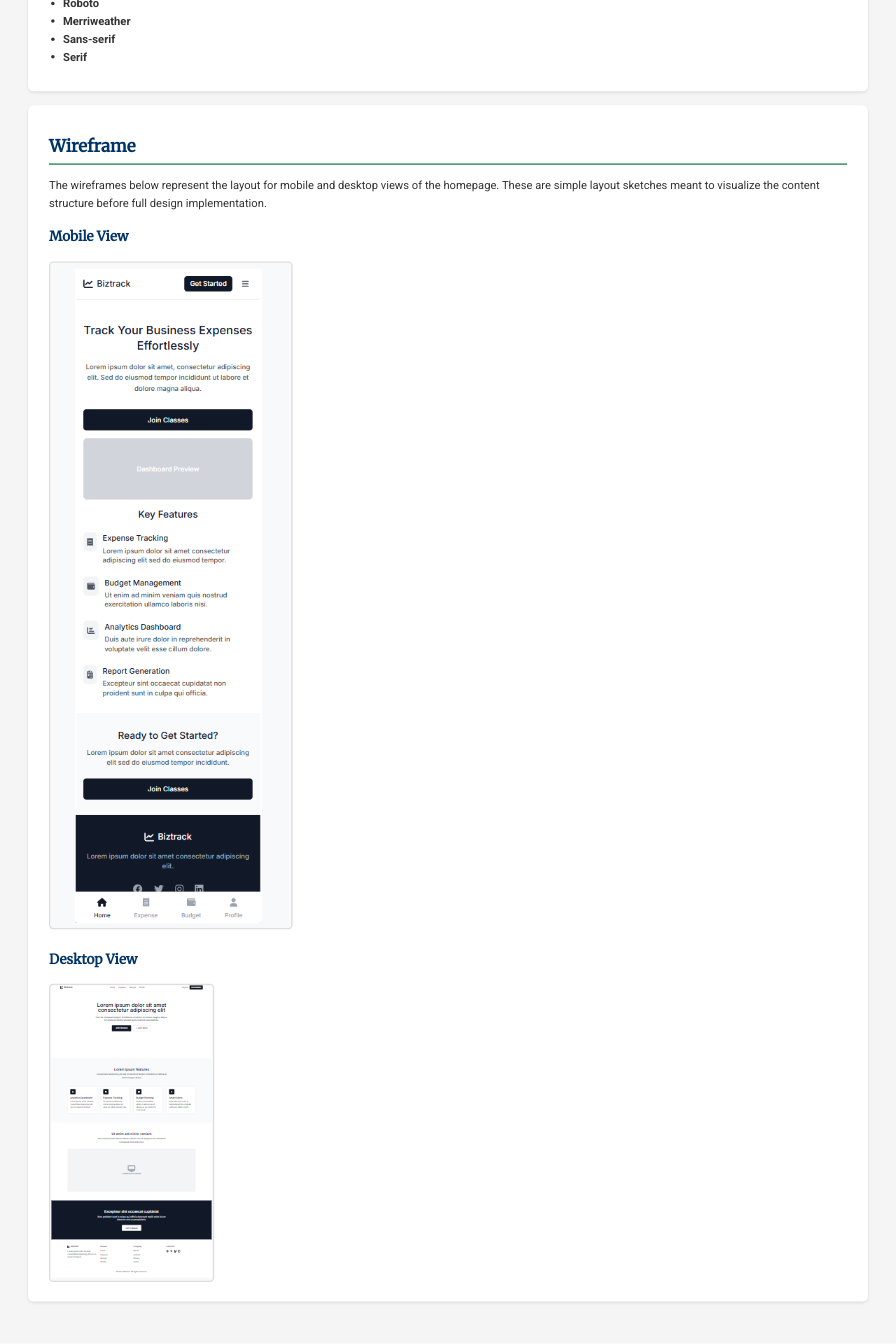
Repository: JoyUdoh106/wdd131
Page: project/siteplan.html
The author's editor kept a copy of each file at every save. The page is drawn from the files as they stood at one save, then again after the next save.
The browser window is 1280 px wide. The pictures show the part of the page from y = 1278 to 3198 px (the page is 3198 px tall before and 2710 px after), at 70% of full size.

Above is the page before, as saved 2025-08-09 19:12:28.

### project/siteplan.html
<!DOCTYPE html>
<html lang="en">
    <head>
        <meta charset="UTF-8" />
        <meta name="viewport" content="width=device-width, initial-scale=1.0" />
        <title>Website Planning Document</title>
        <meta name="author" content="Joy Paulinus Udoh">
        <meta name="description" content="Website Planning Document Page">
        <link rel="stylesheet" href="styles/styles.css" />

        <link rel="preconnect" href="https://fonts.googleapis.com">
        <link rel="preconnect" href="https://fonts.gstatic.com" crossorigin>
        <link href="https://fonts.googleapis.com/css2?family=Merriweather:wght@300;400&family=Roboto:ital,wght@0,100..900;1,100..900&display=swap" rel="stylesheet">
    </head>
    <body>
        <h1>Website Planning Document</h1>

        <div class="section">
            <h2>BizTrack IW</h2>
            <p><strong>Simple Business Finance</strong></p>
        </div>

        <div class="section">
            <h2>Site Purpose</h2>
            <p>The purpose of this website is to provide clear, practical, and easy-to-understand information about tracking expenses and budgeting. It aims to educate visitors on how to manage their personal finances more effectively, develop better spending habits, and make informed financial decisions.</p>
        </div>

        <div class="section">
            <h2>Scenarios</h2>
            <ul>
            <li>A student visits the website to learn how to set up a monthly budget for their limited income and avoid overspending.</li>
            <li>A young professional wants tips on tracking expenses to prepare for a long-term savings goal, such as buying a car or house.</li>
            <li>A parent looks for advice on managing household expenses and finding ways to cut unnecessary costs.</li>
            <li>Someone with irregular income uses the budgeting tips page to learn how to balance their finances despite unpredictable earnings.</li>
            </ul>
        </div>

        <div class="section">
            <h2>Color Schema</h2>
            <p><span class="color-box" style="background-color:#003366;"></span> Primary Color: #003366 </p>
            <p><span class="color-box" style="background-color:#2E8B57;"></span> Secondary Color: #2E8B57 </p>
            <p><span class="color-box" style="background-color: #FFD700;"></span> Accent Color: #FFD700</p>
            <p><span class="color-box" style="background-color: #F5F5F5;"></span> Background Color Color: #F5F5F5</p>
            <p><span class="color-box" style="background-color: #333333;"></span> Text Color: #333333</p>
        </div>

        <div class="section">
            <h2>Typography</h2>
            <ul>
            <li><strong>Roboto</strong></li>
            <li><strong>Merriweather</strong></li>
            <li><strong>Sans-serif</strong></li>
            <li><strong>Serif</strong></li>
            </ul>
        </div>

        <div class="section">
            <h2>Wireframe</h2>
            <p>The wireframes below represent the layout for mobile and desktop views of the homepage. These are simple layout sketches meant to visualize the content structure before full design implementation.</p>
            <div class="wireframe-container">
                <div class="wireframe-item">
                    <h3>Mobile View</h3>
                    <img src="images/mobie-view.png" alt="Mobile wireframe of homepage" class="wireframe-img" />
                </div>

                <div class="wireframe-item">
                    <h3>Desktop View</h3>
                    <img src="images/desktop_view.png" alt="Desktop wireframe of homepage" class="wireframe-img" />
                </div>
            </div>
        </div>
    </body>
</html>

### project/styles/styles.css
body {
    font-family: 'Roboto', sans-serif;
    background-color: #F5F5F5;
    color: #333333;
    margin: 0;
    padding: 20px;
    line-height: 1.6;
}

h1, h2, h3 {
    font-family: 'Merriweather', serif;
    color: #003366;
    margin-bottom: 10px;
}

h1 {
    text-align: center;
    font-size: 2.5rem;
    margin-bottom: 20px;
}

h2 {
    border-bottom: 2px solid #2E8B57;
    padding-bottom: 5px;
    font-size: 1.5rem;
}

h3 {
    font-size: 1.2rem;
    margin-top: 20px;
}

.section {
    background-color: #ffffff;
    padding: 15px 20px;
    margin-bottom: 20px;
    border-radius: 8px;
    box-shadow: 0 2px 5px rgba(0,0,0,0.1);
}

.color-box {
    display: inline-block;
    width: 20px;
    height: 20px;
    vertical-align: middle;
    margin-right: 8px;
    border-radius: 4px;
    border: 1px solid #ccc;
}

.section ul {
    padding-left: 20px;
}

.wireframe-img {
    max-width: 100%;
    height: auto;
    border: 2px solid #ddd;
    border-radius: 6px;
    margin-top: 10px;
}

.wireframe {
    display: flex;
    justify-content: space-between;
}

@media (min-width: 768px) {
    body {
        padding: 40px;
    }

    .section {
        padding: 20px 30px;
    }

    h1 {
        font-size: 3rem;
    }
}

After the next save:
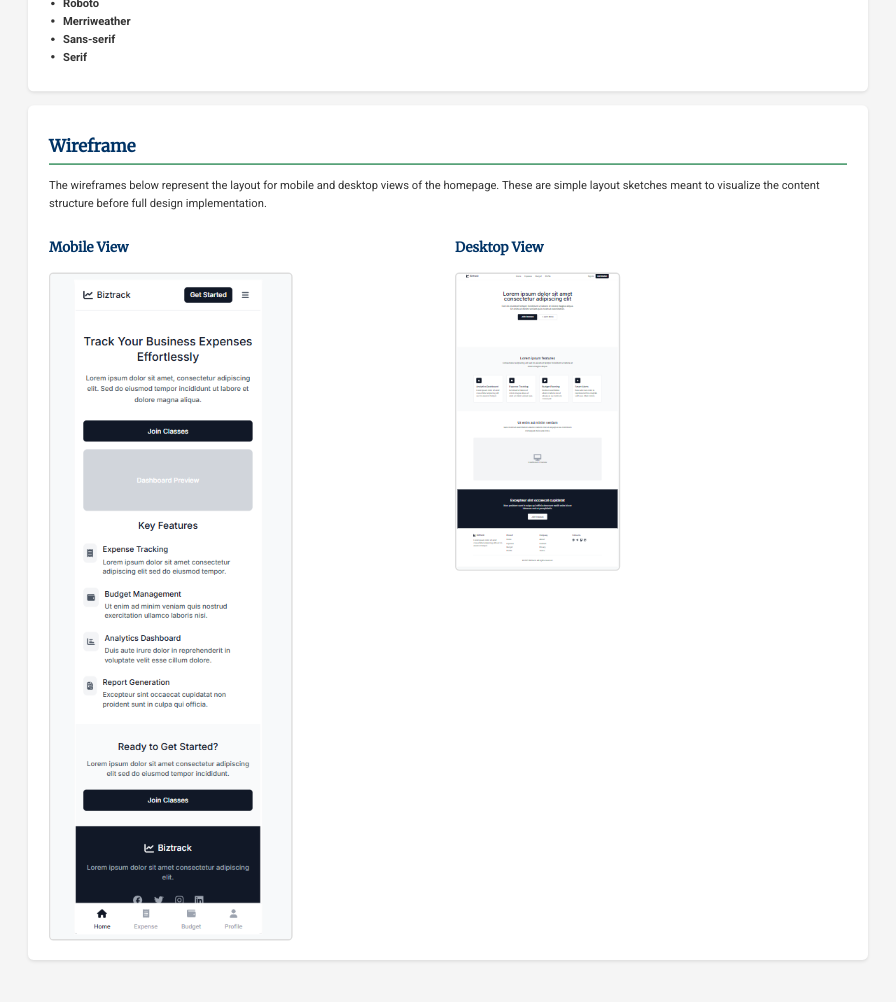
Saved 35 s later.
--- a/project/styles/styles.css
+++ b/project/styles/styles.css
@@ -60,10 +60,35 @@ h3 {
     margin-top: 10px;
 }
 
-.wireframe {
+/* Wireframe container */
+.wireframe-container {
     display: flex;
-    justify-content: space-between;
+    flex-direction: column;
+    gap: 20px;
 }
+
+/* Each wireframe block */
+.wireframe-item {
+    flex: 1;
+}
+
+/* Images styling */
+.wireframe-img {
+    max-width: 100%;
+    height: auto;
+    border: 2px solid #ddd;
+    border-radius: 6px;
+    margin-top: 10px;
+}
+
+/* Side-by-side on larger screens */
+@media (min-width: 768px) {
+    .wireframe-container {
+        flex-direction: row;
+        align-items: flex-start;
+    }
+}
+
 
 @media (min-width: 768px) {
     body {
